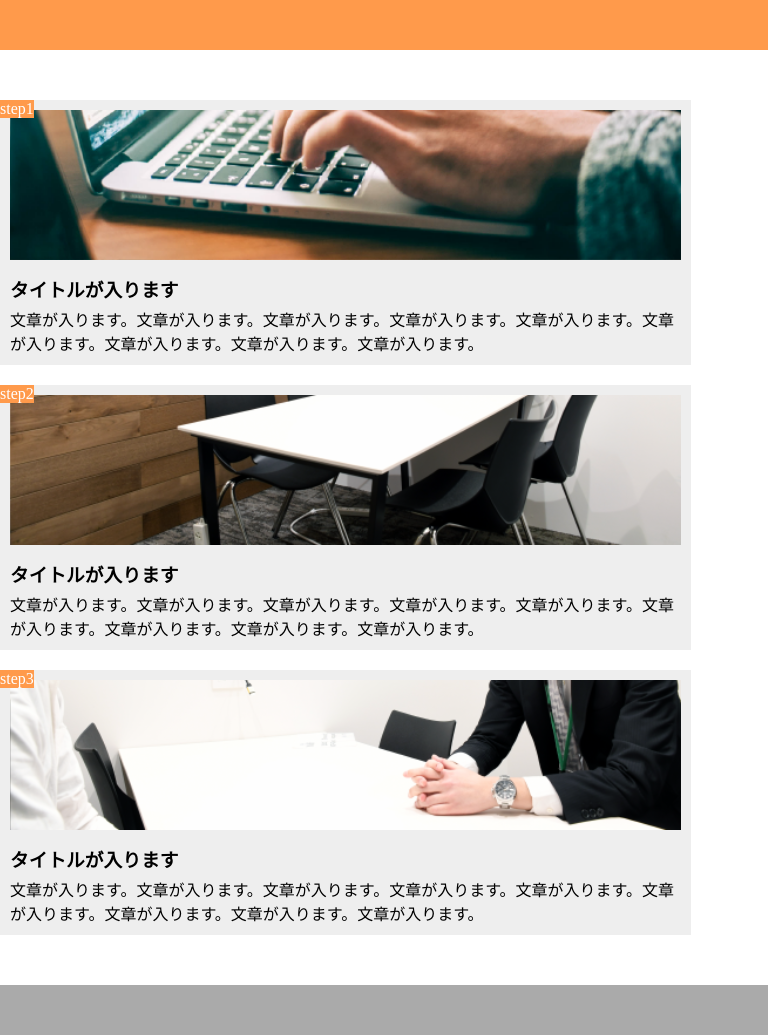
Repository: hayase-m/Webcamp
Page: chapter10/chapter10.html
The author's editor kept a record of every edit. The page is drawn from the files as they stood at one moment, then again after the next edit.
The browser window is 768 px wide. The pictures show the whole page.

Above is the page before.

### chapter10/chapter10.html
<!DOCTYPE html>
<html lang="ja">
  <head>
    <meta charset="UTF-8" />
    <meta name="viewport" content="width=device-width,initial-scale=1.0">

    <title>10章課題</title>
    <link rel="stylesheet" href="style10.css" />
  </head>

  <body>
    <header></header>
    <main>
      <div class="step-box">
        <div class="step-img1"></div>
        <span class="step-num">step1</span>
        <h3 class="title">タイトルが入ります</h3>
        <p class="text">
          文章が入ります。文章が入ります。文章が入ります。文章が入ります。文章が入ります。文章が入ります。文章が入ります。文章が入ります。文章が入ります。
        </p>
      </div>

      <div class="step-box">
        <div class="step-img2"></div>
        <span class="step-num">step2</span>
        <h3 class="title">タイトルが入ります</h3>
        <p class="text">
          文章が入ります。文章が入ります。文章が入ります。文章が入ります。文章が入ります。文章が入ります。文章が入ります。文章が入ります。文章が入ります。
        </p>
      </div>

      <div class="step-box">
        <div class="step-img3"></div>
        <span class="step-num">step3</span>
        <h3 class="title">タイトルが入ります</h3>
        <p class="text">
          文章が入ります。文章が入ります。文章が入ります。文章が入ります。文章が入ります。文章が入ります。文章が入ります。文章が入ります。文章が入ります。
        </p>
      </div>
    </main>
    <footer></footer>
  </body>

</html>

### chapter10/style10.css
* {
  box-sizing: border-box;
  margin: 0;
  padding: 0;
}

header {
  height: 50px;
  background-color: #ff9a4b;
}

main {
  width: 960px;
  margin: 50px auto;
  display: flex;
}

.step-box {
  width: 300px;
  margin-right: 30px;
  padding: 10px;
  position: relative;
  background-color: #eee;
}

.step-box:last-child {
  margin-right: 0;
}

.step-img1 {
  height: 150px;
  background-image: url(img/flow01.png);
  background-position: bottom;
  background-size: cover;
}

.step-img2 {
  height: 150px;
  background-image: url(img/flow02.png);
  background-position: bottom;
  background-size: cover;
}

.step-img3 {
  height: 150px;
  background-image: url(img/flow03.png);
  background-position: bottom;
  background-size: cover;
}

.step-num {
  position: absolute;
  top: 0;
  left: 0;
  background-color: #ff9a4b;
  color: #fff;
}

.title {
  margin: 15px 0 5px;
}

footer {
  height: 50px;
  background-color: #aaa;
}

@media screen and (max-width: 768px) {
  header {
    width: 100%;
    height: 50px;
    margin-bottom: 50px;
  }

  main {
    width: 100%;
    display: block;
  }

  .step-box {
    width: 90% ;
    margin-bottom: 20px;
  }

  .step-box:last-child {
    margin-bottom: 0;
  }
}

After the next edit:
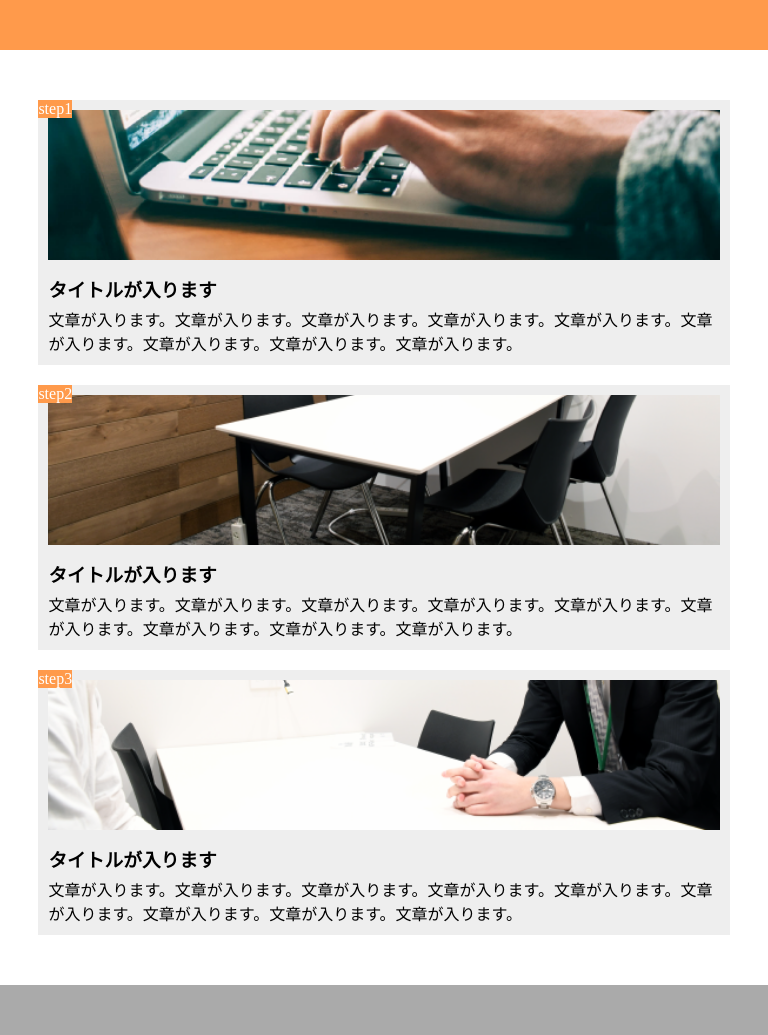
The edit:
--- a/chapter10/style10.css
+++ b/chapter10/style10.css
@@ -80,6 +80,8 @@
   .step-box {
     width: 90% ;
     margin-bottom: 20px;
+    margin-left: 5%;
+    margin-right: 5%;
   }
 
   .step-box:last-child {
